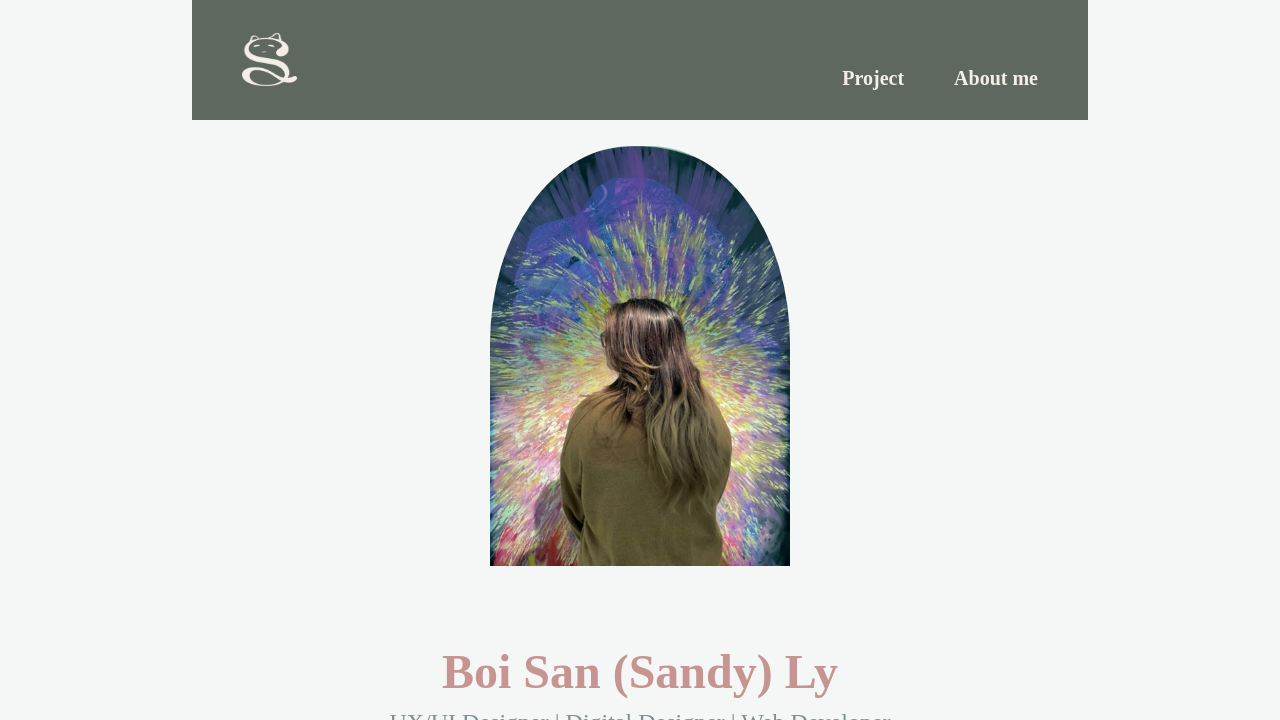
Repository: SandyLy453/portfolio
Page: /
The author's editor kept a copy of each file at every save. The page is drawn from the files as they stood at one save, then again after the next save.
The browser window is 1280 px wide. The pictures show the whole page.
An inner scrolling area shows only its first screen. The project was rebuilt for these pictures with package versions that can differ from the ones it lists, and the page was loaded fresh each time. The framework's server and built-in components were replaced by stand-ins that run in the browser. Also part of the build but not shown: next.config.mjs.

Above is the page before, as saved 2025-01-15 07:53:30.

### pages/_document.js
import { Html, Head, Main, NextScript } from "next/document";

export default function Document() {
  return (
    <Html lang="en">
      <Head>
        <title>San San's Tea Room</title>
        <link rel="icon" href="/favicon.ico" /> {/* Add favicon */}
      </Head>
      <body>
        <Main />
        <NextScript />
      </body>
    </Html>
  );
}

### pages/index.js
import Image from "next/image";
import styles from "@/styles/Home.module.css";
import Header from "@/modules/Header/Header";
import Footer from "@/modules/Footer/Footer";
import ProjectCard from "@/modules/ProjectCard/Projectcard";

export default function Home() {
  return (
    <>
      <Header/>

      <main className={styles.main}>
        <div className={styles.top}>
          <div className={styles.image}>
            <Image src={'/cover.jpeg'} alt="cover photo" className={styles.coverPhoto} width={300} height={420} />
          </div>

          <div className={styles.info}>
            <p className={styles.name}>Boi San (Sandy) Ly</p>
            <p className={styles.role}>UX/UI Designer | Digital Designer | Web Developer</p>
            <p className={styles.loca}>Vancouver | BC</p>
            <Image src={'/hi.GIF'} alt="greeting gif" className={styles.gif} width={342.5} height={205} />
          </div>
        </div>

        <div className={styles.sectionBreaker}>
          <span> Projects </span>
        </div>

        <div className={styles.pjSection}>
          <ProjectCard
            photos={["/aether.png"]} // Use 'photos' instead of 'photo'
            alt="Aether cover"
            title="Aether"
            description="Case Study - A AI-powered form-filling app"
            date="2024"
            link="/project-details" // Ensure the link is valid
          />

          <ProjectCard
            photos=""
            alt="Project cover"
            title="Project Name"
            description="What it is about"
            date="Time"
            link="/project-details" // Ensure the link is valid
          />

          <ProjectCard
            photos=""
            alt="Project cover"
            title="Project Name"
            description="What it is about"
            date="Time"
            link="/project-details" // Ensure the link is valid
          />

          <ProjectCard
            photos=""
            alt="Project cover"
            title="Project Name"
            description="What it is about"
            date="Time"
            link="/project-details" // Ensure the link is valid
          />

          <ProjectCard
            photos=""
            alt="Project cover"
            title="Project Name"
            description="What it is about"
            date="Time"
            link="/project-details" // Ensure the link is valid
          />

          <ProjectCard
            photos=""
            alt="Project cover"
            title="Project Name"
            description="What it is about"
            date="Time"
            link="/project-details" // Ensure the link is valid
          />
        </div>
      </main>

      <Footer/>
    </>
  );
}

### styles/globals.css
:root {
  --mauveMorn: #ecd6d6;
  --mauveShadow: #B59BA6;
  --moss: #5E7975;
  --brightWhite: #f5f7f6;
  --white: #fff;

  --spaBlue: #D3DEDF;
  --forest: #5E685E;
  --midnight: #3D4D55;
  --stormCloud: #676767;
  --cream: #f4EFE6;
  --cloud: #FEFCF6;
}

html,
body {
  padding: 0;
  margin: 0;
  background-color: #f5f7f6;
  width: 100vw;
  height: 100vh;
  overflow-x: hidden;

  font-family: "Playfair Display", serif;
  font-optical-sizing: auto;
}

header {
  margin: 0; /* Remove any default margin */
  padding: 0; /* Remove any default padding */
  box-sizing: border-box; /* Ensure padding and border are included in width/height */
}

* {
  margin: 0;
  padding: 0;
  box-sizing: border-box; /* Reset styles for all elements */
}

### styles/Home.module.css
.page {
  margin: 0;
  padding: 0;
}

.main {
  min-height: 100vh;
  width: 70vw;
  margin: auto;
  margin-top: 0;
}

.top {
  width: 100%;
  min-height: 470px;
  background-color: var(--c);
  align-items: center;
  display: flex;
  flex-direction: row;
  padding: 0;
  flex-wrap: wrap;
  justify-content: center;
}

.coverPhoto {
  border-radius: 47% 47% 0 0;
  margin: 0 6rem;
  position: relative;
  bottom: -26px;
}

.info {
  text-align: center;
  margin-top: 100px;
}

.name {
  font-size: 48px;
  color: #C69491;
  font-weight: 600;
}

.role {
  font-size: 24px;
  color: #7D9094;
  font-weight: 500;
  padding-top: 10px;
}

.loca {
  font-size: 20px;
  color: #7D9094;
  padding-top: 10px;
}


.sectionBreaker {
  display: flex;
  align-items: center;
  justify-content: center;
  margin: 40px 0;
  position: relative;
}

.sectionBreaker::before,
.sectionBreaker::after {
  content: "";
  flex: 1;
  height: 2px;
  background: #d3d3d3; /* Adjust color as needed */
  margin: 0;
}

.sectionBreaker span {
  color: #7D9094;
  margin: 0 10px;
  font-size: 20px;
  font-style: italic;
}

.pjSection {
  display: flex;
  flex-direction: row;
  flex-wrap: wrap;
  gap: 30px;
  justify-content: center;
  margin-bottom: 50px;
}


@media screen and (max-width: 768px) {
  .main {
    width: 100vw; /* Adjust to full width for smaller screens */
  }

  .coverPhoto {
    margin: 0 auto; /* Center the image for mobile */
    bottom: -20px; /* Slight adjustment for spacing */
  }

  .info {
    margin-top: 50px; /* Reduce margin for better spacing */
  }

  .name {
    font-size: 36px; /* Adjust font size for smaller screens */
  }

  .role {
    font-size: 20px;
  }

  .loca {
    font-size: 18px;
  }

  .pjSection {
    gap: 15px; /* Reduce spacing between items */
  }
}

### modules/Header/Header.js
import Image from "next/image";
import Link from "next/link";
import styles from './Header.module.css'

export default function Header () {
    return (
        <header className={styles.header}>
            <div className={styles.logo}>
                <Image src={'/logo.png'} alt="logo" className={styles.logo} width={55} height={53} />
            </div>

            <div className={styles.menu}>
                <p className={styles.menuOption}><Link href={'/'} className={styles.link}>Project</Link></p>
                <p className={styles.menuOption}><Link href={'/about'} className={styles.link}>About me</Link></p>
            </div>
        </header>
    )
}

### modules/Footer/Footer.js
import Image from "next/image";
import Link from "next/link";
import styles from './Footer.module.css'

export default function Footer () {
    return (
        <footer className={styles.footer}>
            <div className={styles.contactInfo}>

                <div className={styles.left}>
                    <p className={styles.greeting}>Let connect!</p>

                    <div className={styles.infoBox}>
                        <Image src={'/mail.png'} width={25} height={17.5} className={styles.icon}/>
                        <p className={styles.pageName}>sandy.lyth453@gmail.com</p>
                    </div>

                    <Link href={"https://www.instagram.com/sansan_lyth?igsh=MThxOTR1ZTlyY3R1dw%3D%3D&utm_source=qr"} className={styles.link}>
                        <div className={styles.infoBox}>
                            <Image src={'/Insta.png'} width={25} height={25} className={styles.icon}/>
                            <p className={styles.pageName}>@sansan_lyth</p>
                        </div>
                    </Link>

                    <Link href={"https://www.linkedin.com/in/boisan-sandy-ly/"} className={styles.link}>
                        <div className={styles.infoBox}>
                            <Image src={'/linkedIn.png'} width={25} height={25} className={styles.icon}/>
                            <p className={styles.pageName}>/boisan-sandy-ly/</p>
                        </div>
                    </Link>
                </div>

                <div className={styles.right}>
                    <Image src={'/logo-2.png'} alt="logo" className={styles.logo} width={200} height={115} />
                </div>

            </div>

            <p className={styles.copyright}>© Made by Sandy Ly</p>
        </footer>
    )
}

### modules/ProjectCard/Projectcard.js
import Link from "next/link";
import Image from "next/image";
import { useState, useEffect, useRef } from "react";
import styles from './ProjectCard.module.css'

export default function ProjectCard({
  photos = [], // Default to an empty array if photos is undefined
    alt,
    title,
    description,
    date,
    link,
  }) {

  const [currentPhotoIndex, setCurrentPhotoIndex] = useState(0); // Track the current photo index
  const [opacity, setOpacity] = useState(1); // Track opacity for fade effect
  const [isVisible, setIsVisible] = useState(false); // Track visibility
  const cardRef = useRef(null); // Reference to the card element

  useEffect(() => {
    const observer = new IntersectionObserver(
      ([entry]) => {
        const isPartiallyVisible = entry.intersectionRatio > 0.33;
        setIsVisible(isPartiallyVisible); // Set visibility based on 1/3 threshold
      },
      {
        threshold: [0.33], // Trigger when 1/3 of the card is visible
      }
    );

    if (cardRef.current) {
      observer.observe(cardRef.current);
    }

    return () => {
      if (cardRef.current) observer.unobserve(cardRef.current);
    };
  }, []);

  // Slideshow logic with fade effect
  useEffect(() => {
    if (photos.length > 1) {
      const interval = setInterval(() => {
        setOpacity(0); // Fade out
        setTimeout(() => {
          setCurrentPhotoIndex((prevIndex) => (prevIndex + 1) % photos.length); // Change photo
          setOpacity(1); // Fade in
        }, 500); // Match fade duration
      }, 2500); // Total interval (fade + display duration)

      return () => clearInterval(interval); // Cleanup interval on unmount
    }
  }, [photos]);

    return (
      <div
      className={`${styles.container} ${isVisible ? styles.visible : styles.hidden}`} // Add visibility classes
      ref={cardRef}
    >
      <Link href={link} aria-label={`View project: ${title}`} className={styles.link} passHref>
        <div role="button" className={styles.card}>
          <div
            style={{
              opacity: opacity, // Apply fade effect
              transition: "opacity 0.5s ease-in-out", // Smooth fade-in and fade-out
            }}
          >
            <Image
              src={photos[currentPhotoIndex] || "/card-holder.png"} // Use current photo based on index
              alt={alt}
              className={styles.thumbnail}
              width={330}
              height={370}
            />
          </div>
          <div className={styles.cardInfo}>
            <p className={styles.cardTitle}>{title}</p>
            <p className={styles.description}>{description}</p>
            <p className={styles.date}>{date}</p>
          </div>
        </div>
      </Link>
    </div>
    );
  }

### modules/Header/Header.module.css
.header {
    margin:0;
    margin-left: auto;
    margin-right: auto;
    width: 70vw;
    height: 120px;
    background-color: var(--forest);
    padding: 20px 50px ;
    padding-bottom: 30px;

    display: flex;
    flex-direction: row;
    justify-content: space-between;
    align-items: flex-end;
}

.menu {
    display: flex;
    flex-direction: row;
    gap: 50px;
}

.menuOption {
    font-size: 20px;
    font-weight: 600;
}

.link {
    text-decoration: none;
    color: var(--cream);
}

.link:hover {
    color: var(--midnight);
}



@media screen and (max-width: 768px) {
    .header {
        width: 100vw;
    }
}

### modules/Footer/Footer.module.css
.footer {
    width: 70vw;
    min-height: 300px;
    background-color: var(--midnight);
    padding: 20px;
    margin-left: auto;
    margin-right: auto;
    display: flex;
    flex-direction: column;
    justify-content: center;
    flex-wrap: wrap;
}

.link {
    text-decoration: none;
}

.greeting {
    font-size: 24px;
    font-weight: 600;
    margin-bottom: 10px;
    font-style: italic;
    color: var(--cream);
}

.contactInfo {
    margin: 0 120px 20px 120px;
    display: flex;
    flex-direction: row;
    justify-content: space-between;
    align-items: center;
    flex-wrap: wrap;
}

.infoBox {
    display: flex;
    flex-direction: row;
    margin: 10px;
    align-items: center;
}

.icon {
    margin-right: 10px;
}

.pageName {
    color: var(--spaBlue);
}

.logo {
    margin-right: 100px;
}

.copyright {
    text-align: center;
    font-style: italic;
    color: var(--spaBlue);
    margin-top: 50px;
    width: 100%;
}


@media screen and (max-width: 768px) {
    .footer {
        width: 100vw;
    }
}

### modules/ProjectCard/ProjectCard.module.css
.container {
    width: 330px;
    min-height: 500px;
    border-radius: 165px 165px 25px 25px;
    background-color: var(--cream);
    margin: 20px 0;
    padding-bottom: 25px;
    opacity: 0; /* Start fully hidden */
    transform: translateY(20px); /* Start slightly shifted down */
    transition: opacity 1s ease, transform 1s ease, box-shadow 0.5s ease, background-color 0.3s ease;
}

.container:hover {
    background-color: var(--spaBlue); /* Change background color */
    transform: scale(1.05); /* Slightly grow */
    box-shadow: 0 10px 20px rgba(0, 0, 0, 0.2); /* Add shadow */
}

.container.visible {
    opacity: 1; /* Fully visible */
    transform: translateY(0); /* Reset position */
}

.container.hidden {
    opacity: 0; /* Fully hidden */
    transform: translateY(20px); /* Shift slightly down */
}

.cardInfo {
    padding: 20px;
}

.link {
    text-decoration: none;
}

.thumbnail {
    border-radius: 165px 165px 0 0;
}

.cardTitle {
    font-size: 24px;
    font-weight: 600;
    padding-bottom: 5px;
    color: var(--forest);
    text-wrap: wrap;
    transition: color 0.3s ease, transform 0.3s ease;
}

.container:hover .cardTitle {
    color: var(--midnight); /* Change card title color */
}

.description {
    font-style: italic;
    font-size: 16px;
    color: var(--stormCloud);
    padding-bottom: 10px;
    transition: color 0.3s ease, opacity 0.3s ease; /* Add smooth transition */
}

.date {
    font-size: 16px;
    color: var(--stormCloud);
    text-align: right;
    opacity: 100%;
    transition: color 0.3s ease, opacity 0.3s ease; /* Add smooth transition */
    padding-top: 20px;
    opacity: 75%;
}

Loaded but not shown: pages/_app.js (common file)

After the next save:
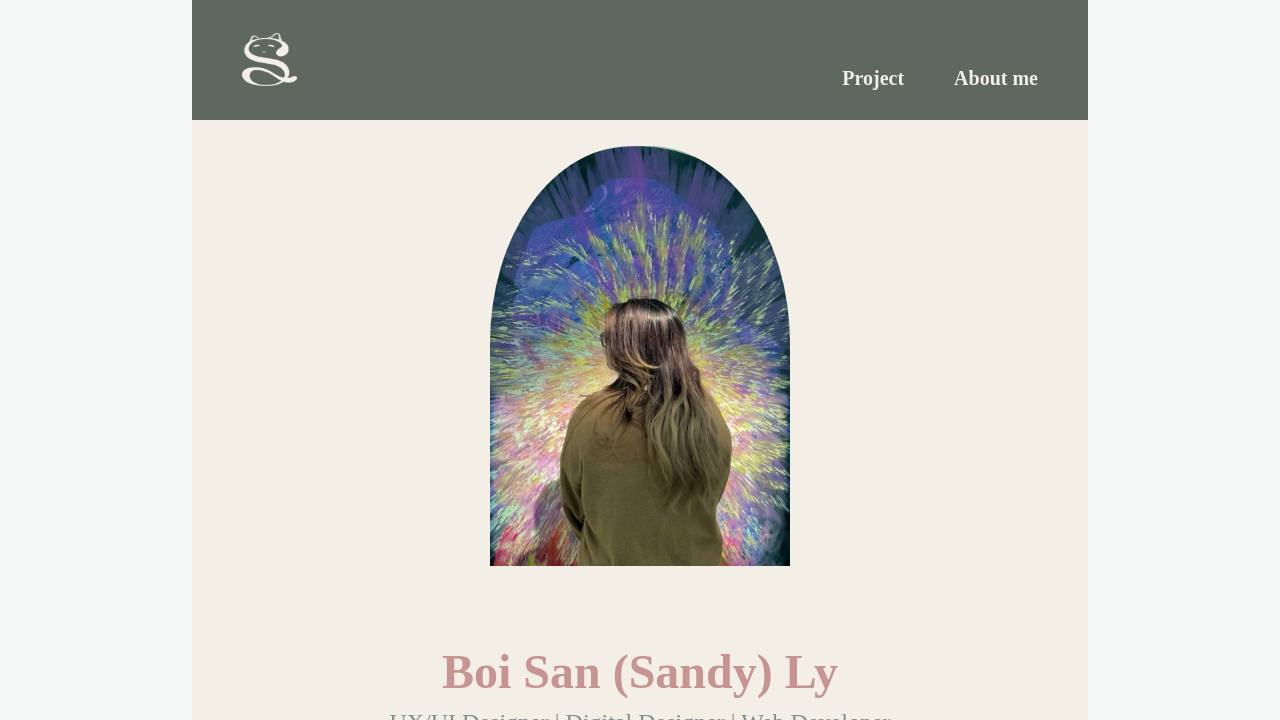
Saved 3 s later.
--- a/styles/Home.module.css
+++ b/styles/Home.module.css
@@ -13,7 +13,7 @@
 .top {
   width: 100%;
   min-height: 470px;
-  background-color: var(--c);
+  background-color: var(--cream);
   align-items: center;
   display: flex;
   flex-direction: row;
